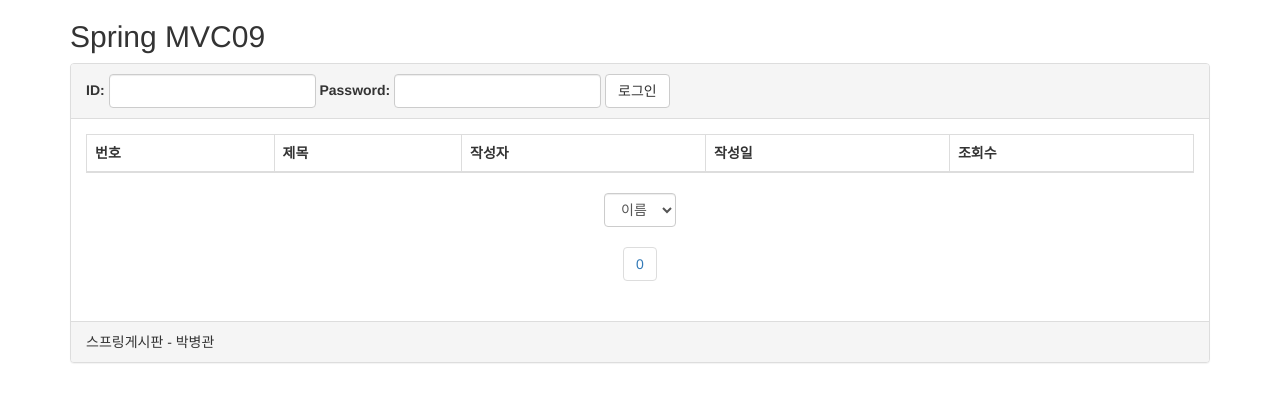
Repository: truffleToast/SpringLecture
Page: http://localhost/SpringMVC09/WEB-INF/views/board/list.jsp
An editor plug-in stored every save of this project. The page is shown before and after the next save, followed by the edit.
The browser window is 1280 px wide. The pictures show the whole page.
The page is served by Tomcat 9. Nobody is signed in. Other server files are loaded and not shown. The template is opened directly, without the code that normally fills it, so the values that code supplies are empty.

Above is the page before, as saved 2023-10-13 02:30:32.

### SpringMVC09/src/main/webapp/WEB-INF/views/board/list.jsp
<%@ page language="java" contentType="text/html; charset=UTF-8"
    pageEncoding="UTF-8"%>
<%@ taglib prefix="c" uri="http://java.sun.com/jsp/jstl/core" %>
<%@ taglib prefix="fn" uri="http://java.sun.com/jsp/jstl/functions" %>
<%@ taglib prefix="fmt" uri="http://java.sun.com/jsp/jstl/fmt" %>

<c:set var="cpath" value="${pageContext.request.contextPath}" />

<!DOCTYPE html>
<html>
<head>
<meta charset="UTF-8">
<title>Insert title here</title>
<link rel="stylesheet" href="https://maxcdn.bootstrapcdn.com/bootstrap/3.4.1/css/bootstrap.min.css">
<script src="https://ajax.googleapis.com/ajax/libs/jquery/3.6.4/jquery.min.js"></script>
<script src="https://maxcdn.bootstrapcdn.com/bootstrap/3.4.1/js/bootstrap.min.js"></script>
</head>
<body>
	<div class="container">
	  <h2>Spring MVC09</h2>
	  <div class="panel panel-default">
	    <div class="panel-heading">

	    <c:if test="${empty mvo}">
			<form class="form-inline" action="${cpath}/login/loginProcess" method="post">
				<div class="form-group">
					<label for="id">ID:</label>
					<input type="text" class="form-control" id="id" name="memID">
				</div>
				<div class="form-group">
					<label for="pwd">Password:</label>
					<input type="password" class="form-control" id="pwd" name="memPwd">
				</div>
				<button type="submit" class="btn btn-default">로그인</button>
			</form>
		</c:if>

		<c:if test="${not empty mvo}">

			<form class="form-inline" action="${cpath}/login/logoutProcess" method="post">
				<div class="form-group">
					<label>${mvo.memName}님 방문을 환영합니다.</label>
				</div>
				<button type="submit" class="btn btn-default">로그아웃</button>
			</form>

		</c:if>

		</div>
	    <div class="panel-body">
	    	<table class="table table-bordered table-hover">
	    		<thead>
	    			<tr>
	    				<th>번호</th>
	    				<th>제목</th>
	    				<th>작성자</th>
	    				<th>작성일</th>
	    				<th>조회수</th>
	    			</tr>
	    		</thead>
	    		<tbody>
	    			<!-- 여기에 게시글 출력해보세요 -->
	    			<c:forEach items="${list}" var="vo" varStatus="i">
	    				<tr>
	    					<td>${i.count}</td>
	    					<td>

	    					<c:if test="${vo.boardAvailable == 0}">
	    						<a href="javascript:alert('삭제된 게시글입니다')">
	    						<c:if test="${vo.boardLevel > 0}">
		    						<c:forEach begin="0" end="${vo.boardLevel}" step="1">
		    							<span style="padding-left: 15px"></span>
		    						</c:forEach>
		    						ㄴ[RE]
		    					</c:if>
	    						삭제된 게시물입니다.
	    						</a>
	    					</c:if>

	    					<c:if test="${vo.boardAvailable > 0}">
		    					<a class="move" href="${vo.idx}">
		    					<c:if test="${vo.boardLevel > 0}">
		    						<c:forEach begin="0" end="${vo.boardLevel}" step="1">
		    							<span style="padding-left: 15px"></span>
		    						</c:forEach>
		    						ㄴ[RE]
		    					</c:if>
		    					<c:out value="${vo.title}" />
		    					</a>
	    					</c:if>

	    					</td>
	    					<td>${vo.writer}</td>
	    					<td>
	    						<fmt:formatDate value="${vo.indate}" pattern="yyyy-MM-dd"/>
	    					</td>
	    					<td>${vo.count}</td>
	    				</tr>
	    			</c:forEach>
	    		</tbody>

	    		<c:if test="${not empty mvo}">
	    		<tr>
	    			<td colspan="5">
	    				<button id="regBtn" class="btn btn-xs btn-info pull-right">글쓰기</button>
	    			</td>
	    		</tr>
	    		</c:if>
	    	</table>


	    	<!-- 검색메뉴 -->
	    	<div style ="text-align: center;">
	    		<form class ="form-inline" action ="">
	    			<div class ="form-group">
	    				<select name ="type" class="form-control">
	    					<option>이름</option>
	    					<option>제목</option>
	    					<option>내용</option>

	    				</select>

	    			</div>


	    		</form>

	    	</div>

	    	<div style="text-align: center;">
			  <ul class="pagination">

			  	<!-- 이전버튼처리 -->
			  	<c:if test="${pageMaker.prev}">
			  		<li class="paginate_button previous">
			  			<a href="${pageMaker.startPage - 1}">◀</a>
			  		</li>
			  	</c:if>
			  	<!-- 페이지번호 처리 -->
			    <c:forEach var="pageNum" begin="${pageMaker.startPage}" end="${pageMaker.endPage}">

			    	<c:if test="${pageMaker.cri.page == pageNum }">
			    		<li class="paginate_button active"><a href="${pageNum}">${pageNum}</a></li>
			    	</c:if>

			    	<c:if test="${pageMaker.cri.page != pageNum }">
			    		<li class="paginate_button"><a href="${pageNum}">${pageNum}</a></li>
			    	</c:if>
			    </c:forEach>
			    <!-- 다음버튼처리 -->
			    <c:if test="${pageMaker.next}">
			  		<li class="paginate_button previous">
			  			<a href="${pageMaker.endPage + 1}">▶</a>
			  		</li>
			  	</c:if>
			  </ul>

			  <form action="${cpath}/board/list" id="pageFrm">
			  	<input type="hidden" id="page" name="page" value="${pageMaker.cri.page}">
			  	<input type="hidden" id="perPageNum" name="perPageNum" value="${pageMaker.cri.perPageNum}">
			  </form>

			</div>
	    </div>
	    <div class="panel-footer">스프링게시판 - 박병관</div>
	  </div>
	</div>

	 <!-- Modal -->
	  <div class="modal fade" id="myMessage" role="dialog">
	    <div class="modal-dialog">
	      <!-- Modal content-->
	      <div id="messageType" class="modal-content">
	        <div class="modal-header panel-heading">
	          <button type="button" class="close" data-dismiss="modal">&times;</button>
	          <h4 class="modal-title">Modal Header</h4>
	        </div>
	        <div class="modal-body">
	        </div>
	        <div class="modal-footer">
	          <button type="button" class="btn btn-default" data-dismiss="modal">Close</button>
	        </div>
	      </div>
	    </div>
	  </div>


	<script type="text/javascript">
		$(document).ready(function(){

			// 페이지 번호 클릭 시 이동하기
			var pageFrm = $("#pageFrm");
			// li태그 안에 a태그 값 가져와서 form태그에 적용시켜 페이지이동

			$(".paginate_button a").on("click", function(e){
				// e -> 현재 클릭한 a태크 요소 자체
				e.preventDefault(); // a태그의 href속성 작동 막기
				var page = $(this).attr("href"); // 클릭한 a태그의 href값 가져오기
				pageFrm.find("#page").val(page);
				pageFrm.submit();
			});

			// 상세보기 클릭 시 이동
			$(".move").on("click", function(e){
				e.preventDefault(); // a태그의 href속성 작동 막기
				var idx = $(this).attr("href");
				var tag = "<input type='hidden' name='idx' value='"+idx+"'>";
				pageFrm.append(tag);
				pageFrm.attr("action", "${cpath}/board/get");
				pageFrm.submit();
			});







			var result = "${result}";
			checkModal(result);

			$("#regBtn").click(function(){
				location.href="${cpath}/board/register";
			});

		});

		function checkModal(result){
			if(result == ''){
				return;
			}
			if(parseInt(result) > 0){
				$(".modal-body").text("게시글" + result + "번이 등록되었습니다.");
				$("#myMessage").modal("show");
			}


		}



	</script>

</body>
</html>

After the next save:
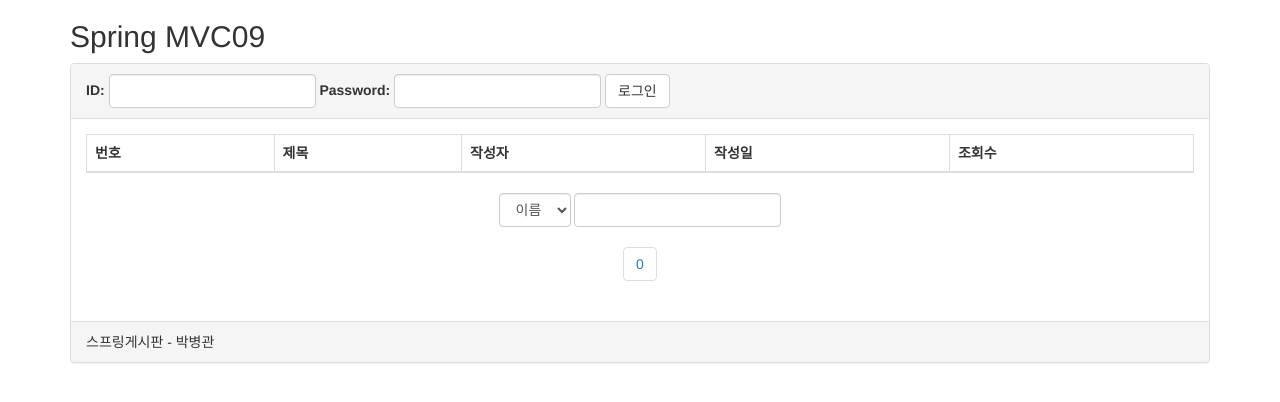
Saved 2 min 1 s later.
--- a/SpringMVC09/src/main/webapp/WEB-INF/views/board/list.jsp
+++ b/SpringMVC09/src/main/webapp/WEB-INF/views/board/list.jsp
@@ -117,11 +117,11 @@
 	    					<option>이름</option>
 	    					<option>제목</option>
 	    					<option>내용</option>
-
 	    				</select>
-
 	    			</div>
-
+	    			<div class ="form-group">
+	    				<input type ="text" class ="form-control" name ="keyword">
+	    			</div>
 
 	    		</form>
 
